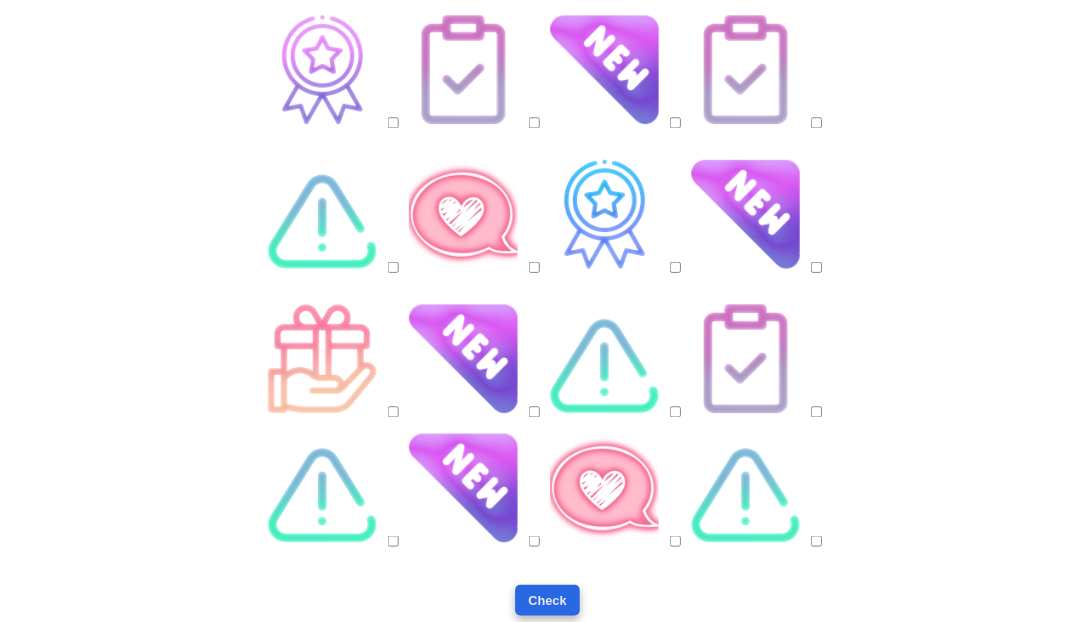
Repository: vichubenzene/-MWin_ui
Page: main.html
These files come from the project's save history. The page is drawn as it stood at one moment and after the next save; the edit follows.
The browser window is 1280 px wide. The pictures show the whole page, at 85% of full size.

Above is the page before, as saved 2022-10-10 17:34:29.

### main.html
<!DOCTYPE html>
<html>

<head>
    <style>
        .column {
            float: center;
            padding: 5px;
            min-width: "10vh";
            min-height: "10vh";
        }
        /* Clear floats after image containers */

        .row::after {
            content: "";
            float: center;
            clear: both;
            display: table;
        }

        .server-button {
            background-color: rgb(40, 105, 227);
            color: rgb(236, 235, 246);
            border: none;
            height: 36px;
            margin-left: 8px;
            border-radius: 6px;
            font-weight: bold;
            font-size: 15px;
            cursor: pointer;
            padding-left: 15px;
            padding-right: 15px;
            text-align: center;
            box-shadow: 0px 5px 10px rgba(0, 0, 0, 0.3)
        }

        .server-button:hover {
            box-shadow: 0px 10px 15px rgba(0, 0, 0, 0.35)
        }
    </style>
</head>

<body>
    <div class="row" style=" text-align: center">
        <div class="column" style=" text-align: center">

            <img src="images/834538140450160661.png" id="i1" alt="Snow" onclick="image('myCheckbox1')" style="padding: 5px">
            <input type="checkbox" id="myCheckbox1" />
            <img src="images/834541394987057242.png" id="i2" alt="Snow" onclick="image('myCheckbox2')" style="padding: 5px">
            <input type="checkbox" id="myCheckbox2" />
            <img src="images/834535415628562442 (1).png" id="i3" alt="Snow" onclick="image('myCheckbox3')" style=" padding: 5px">
            <input type="checkbox" id="myCheckbox3" />
            <img src="images/834541394987057242.png" id="i10" alt="Snow" onclick="image('myCheckbox10')" style="padding: 5px">
            <input type="checkbox" id="myCheckbox10" />
        </div>
    </div>
    <br>
    <div class="row" style=" text-align: center">
        <div class="column" style=" text-align: center">
            <img src="images/834541395074613248.png" id="i4" alt="Snow" onclick="image('myCheckbox4')" onclick="image('c5')" style="padding: 5px">
            <input type="checkbox" id="myCheckbox4" />
            <img src="images/881778101003120652 (1).png" id="i5" alt="Snow" onclick="image('myCheckbox5')" style="padding: 5px">
            <input type="checkbox" id="myCheckbox5" />
            <img src="images/834541395930251336.png" id="i6" alt="Snow" onclick="image('myCheckbox6')" style="padding: 5px">
            <input type="checkbox" id="myCheckbox6" />
            <img src="images/834535415628562442 (1).png" id="i11" alt="Snow" onclick="image('myCheckbox11')" style="padding: 5px">
            <input type="checkbox" id="myCheckbox11" />

        </div>
    </div>
    <br>
    <div class="row" style=" text-align: center">
        <div class="column" style=" text-align: center">
            <img src="images/834541395749371916.png" id="i7" alt="Snow" onclick="image('myCheckbox7')" style="padding: 5px">
            <input type="checkbox" id="myCheckbox7" />
            <img src="images/834535415628562442 (1).png" id="i8" alt="Snow" onclick="image('myCheckbox8')" style="padding: 5px">
            <input type="checkbox" id="myCheckbox8" />
            <img src="images/834541395074613248.png" id="i9" alt="Snow" onclick="image('myCheckbox9')" style="padding: 5px">
            <input type="checkbox" id="myCheckbox9" />
            <img src="images/834541394987057242.png" id="i12" alt="Snow" onclick="image('myCheckbox12')" style="padding: 5px">
            <input type="checkbox" id="myCheckbox12" />
        </div>
    </div>
    <div class="row" style=" text-align: center">
        <div class="column" style=" text-align: center">
            <img src="images/834541395074613248.png" id="i13" alt="Snow" onclick="image('myCheckbox13')" style="padding: 5px">
            <input type="checkbox" id="myCheckbox13" />
            <img src="images/834535415628562442 (1).png" id="i14" alt="Snow" onclick="image('myCheckbox14')" style="padding: 5px">
            <input type="checkbox" id="myCheckbox14" />
            <img src="images/881778101003120652 (1).png" id="i15" alt="Snow" onclick="image('myCheckbox15')" style="padding: 5px">
            <input type="checkbox" id="myCheckbox15" />
            <img src="images/834541395074613248.png" id="i16" alt="Snow" onclick="image('myCheckbox16')" style="padding: 5px">
            <input type="checkbox" id="myCheckbox16" />
        </div>
    </div>
    <br>
    <br>
    <div style="text-align: center;">
        <button onclick="check()" class="server-button">Check</button>

    </div>
    <script>
        async function image(val) {
            var c1 = document.getElementById(val);
            c1.checked = true
        }
        async function check() {
            var i1 = document.getElementById('i1');
            var i2 = document.getElementById('i2');
            var i3 = document.getElementById('i3');
            var i4 = document.getElementById('i4');
            var i5 = document.getElementById('i5');
            var i6 = document.getElementById('i6');
            var i7 = document.getElementById('i7');
            var i8 = document.getElementById('i8');
            var i9 = document.getElementById('i9');
            var i10 = document.getElementById('i10');
            var i11 = document.getElementById('i11');
            var i12 = document.getElementById('i12');
            var i13 = document.getElementById('i13');
            var i14 = document.getElementById('i14');
            var i15 = document.getElementById('i15');
            var i16 = document.getElementById('i16');
            var c1 = document.getElementById('myCheckbox1');
            var c2 = document.getElementById('myCheckbox2');
            var c3 = document.getElementById('myCheckbox3');
            var c4 = document.getElementById('myCheckbox4');
            var c5 = document.getElementById('myCheckbox5');
            var c6 = document.getElementById('myCheckbox6');
            var c7 = document.getElementById('myCheckbox7');
            var c8 = document.getElementById('myCheckbox8');
            var c9 = document.getElementById('myCheckbox9');
            var c10 = document.getElementById('myCheckbox10');
            var c11 = document.getElementById('myCheckbox11');
            var c12 = document.getElementById('myCheckbox12');
            var c13 = document.getElementById('myCheckbox13');
            var c14 = document.getElementById('myCheckbox14');
            var c15 = document.getElementById('myCheckbox15');
            var c16 = document.getElementById('myCheckbox16');
            const items = ["images/881778101003120652 (1).png", "images/834535415628562442 (1).png", "images/834538140450160661.png", "images/834541394987057242.png", "images/834541395074613248.png", "images/834541395749371916.png", "images/834541395930251336.png"];
            if (c1.checked) {
                i1.src = items[Math.floor(Math.random() * items.length)];
                c1.checked = false
            }
            if (c2.checked) {
                i2.src = items[Math.floor(Math.random() * items.length)];
                c2.checked = false
            }
            if (c3.checked) {
                i3.src = items[Math.floor(Math.random() * items.length)];
                c3.checked = false
            }
            if (c4.checked) {
                i4.src = items[Math.floor(Math.random() * items.length)];
                c4.checked = false
            }
            if (c5.checked) {
                i5.src = items[Math.floor(Math.random() * items.length)];
                c5.checked = false
            }
            if (c6.checked) {
                i6.src = items[Math.floor(Math.random() * items.length)];
                c6.checked = false
            }
            if (c7.checked) {
                i7.src = items[Math.floor(Math.random() * items.length)];
                c7.checked = false
            }
            if (c8.checked) {
                i8.src = items[Math.floor(Math.random() * items.length)];
                c8.checked = false
            }
            if (c9.checked) {
                i9.src = items[Math.floor(Math.random() * items.length)];
                c9.checked = false
            }
            if (c10.checked) {
                i10.src = items[Math.floor(Math.random() * items.length)];
                c10.checked = false
            }
            if (c11.checked) {
                i11.src = items[Math.floor(Math.random() * items.length)];
                c11.checked = false
            }
            if (c12.checked) {
                i12.src = items[Math.floor(Math.random() * items.length)];
                c12.checked = false
            }
            if (c13.checked) {
                i13.src = items[Math.floor(Math.random() * items.length)];
                c13.checked = false
            }
            if (c14.checked) {
                i14.src = items[Math.floor(Math.random() * items.length)];
                c14.checked = false
            }
            if (c15.checked) {
                i15.src = items[Math.floor(Math.random() * items.length)];
                c15.checked = false
            }
            if (c16.checked) {
                i16.src = items[Math.floor(Math.random() * items.length)];
                c16.checked = false
            }

        }
    </script>
</body>

</html>

After the next save:
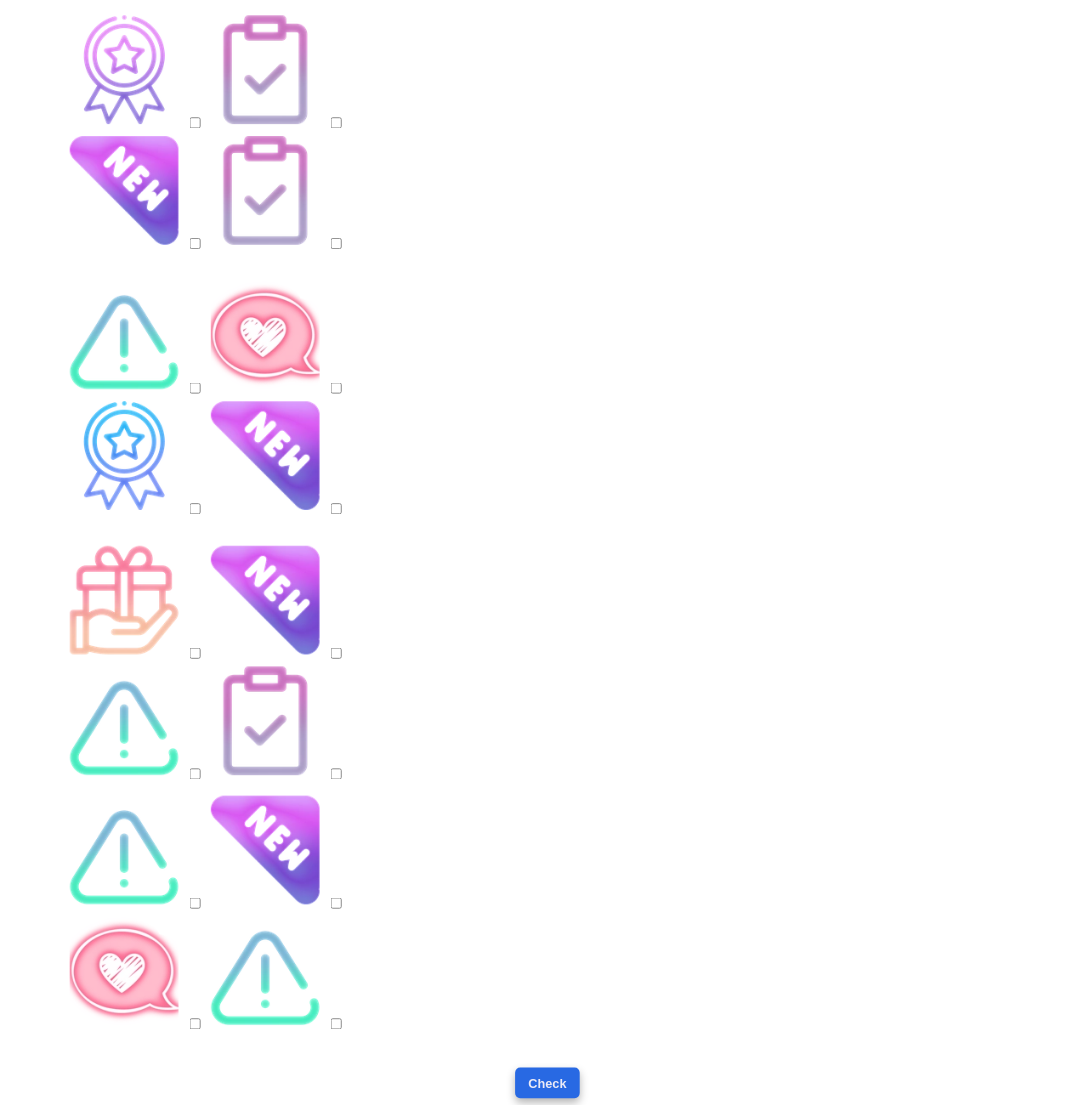
Saved 25 s later.
--- a/main.html
+++ b/main.html
@@ -8,6 +8,8 @@
             padding: 5px;
             min-width: "10vh";
             min-height: "10vh";
+            width: 36%;
+            height: 36%;
         }
         /* Clear floats after image containers */
 

After the save that followed:
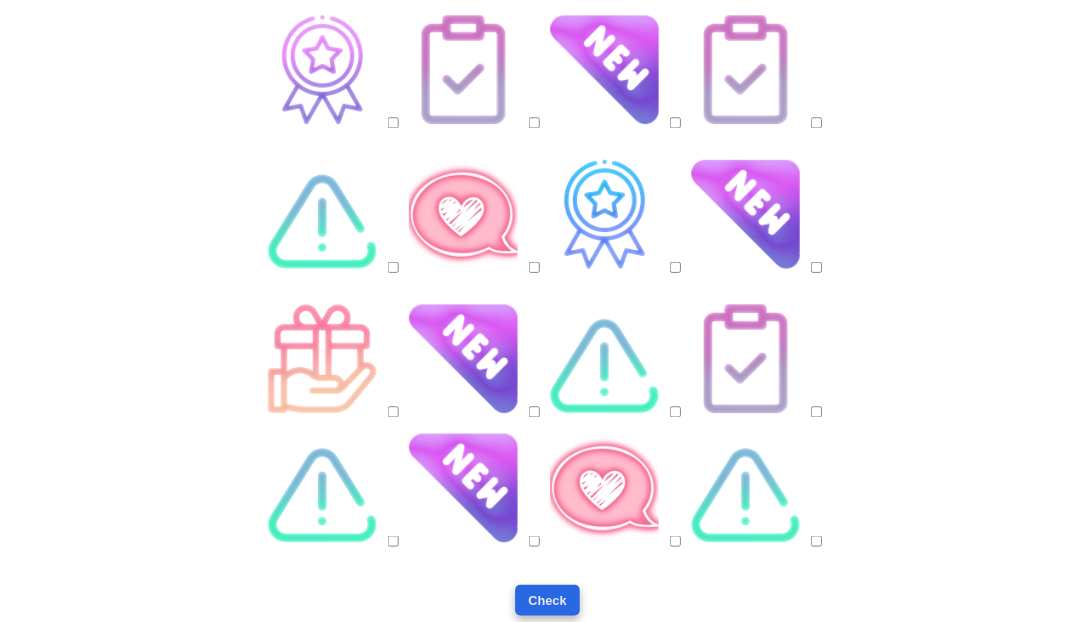
Saved 15 s later.
--- a/main.html
+++ b/main.html
@@ -8,8 +8,6 @@
             padding: 5px;
             min-width: "10vh";
             min-height: "10vh";
-            width: 36%;
-            height: 36%;
         }
         /* Clear floats after image containers */
 
